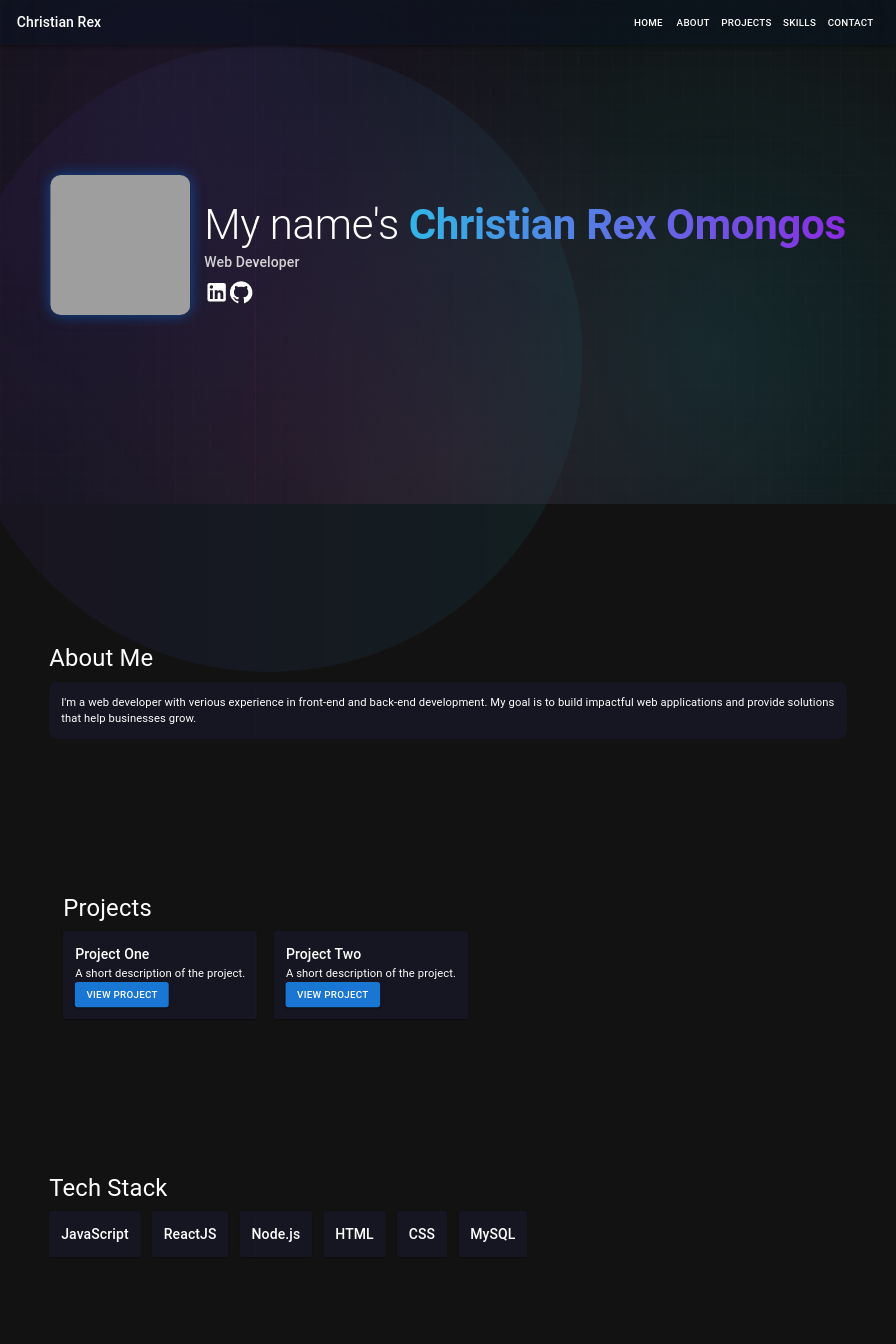
Repository: mikeshadowcoder/myWeb
Page: /
An editor plug-in stored every save of this project. The page is shown before and after the next save, followed by the edit.
The browser window is 1280 px wide. The pictures show the part of the page from y = 0 to 1920 px (the page is 2643 px tall), at 70% of full size.
Pictures or frames that could not be fetched are drawn as grey boxes. The project was rebuilt for these pictures with package versions that can differ from the ones it lists, and the page was loaded fresh each time.

Above is the page before, as saved 2026-01-21 16:38:33.

After the next save:
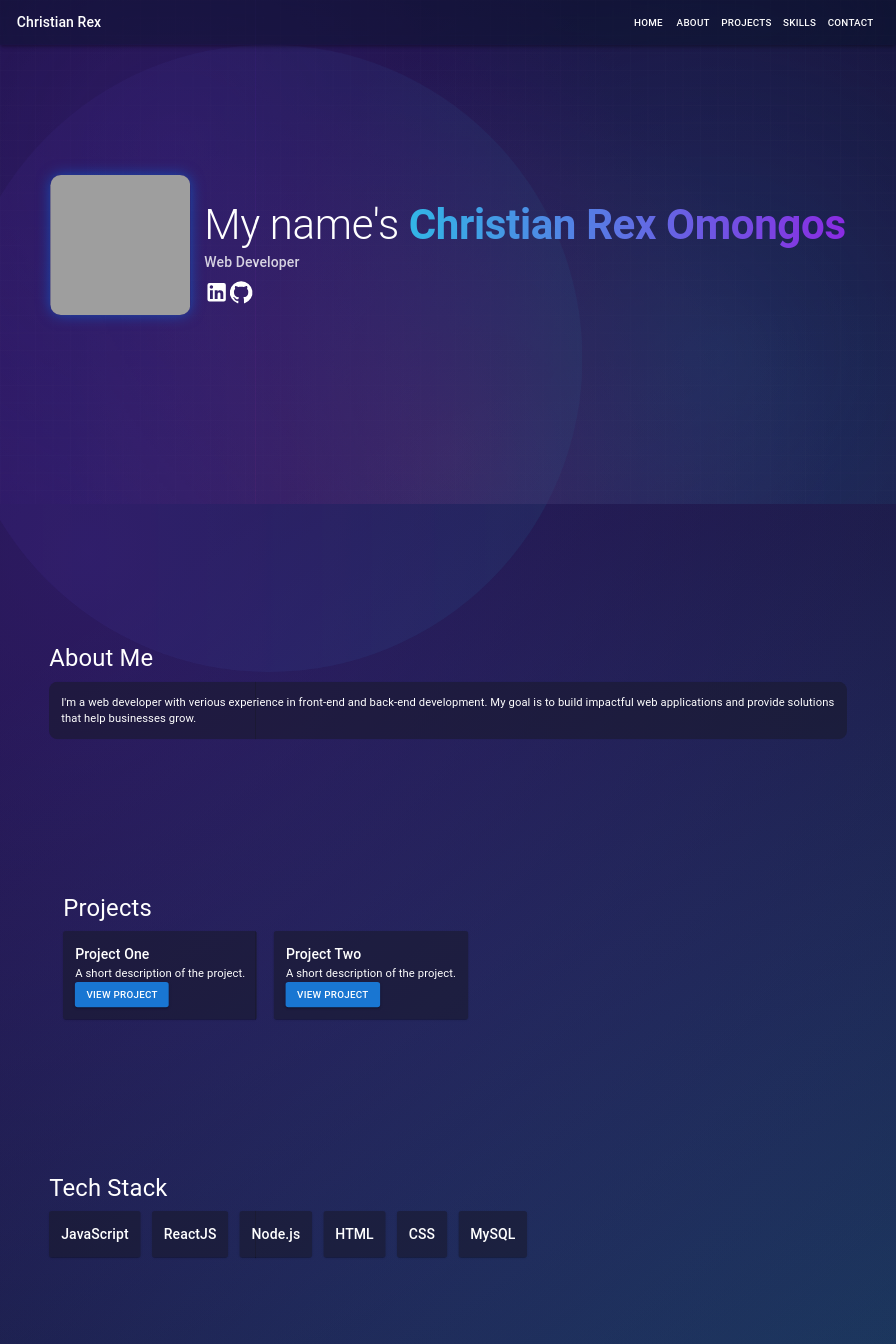
Saved 21 s later.
--- a/src/styles/global.css
+++ b/src/styles/global.css
@@ -1,10 +1,20 @@
 body {
-    background-color: #121212;
+    background:
+    radial-gradient(circle at 20% 30%, #7c3aed55, transparent 60%),
+    radial-gradient(circle at 80% 70%, #22d3ee55, transparent 60%),
+    linear-gradient(120deg, #020617, #0f172a);
+  background-size: 200% 200%;
+  animation: bgMove 30s ease infinite;
     color: white;
     margin: 0;
     padding: 0;
     font-family: 'Arial', sans-serif;
   }
+
+  @keyframes bgMove {
+  0%   { background-position: 0% 0%; }
+  100% { background-position: 100% 100%; }
+}
 
 @media (prefers-reduced-motion: reduce) {
   body {
